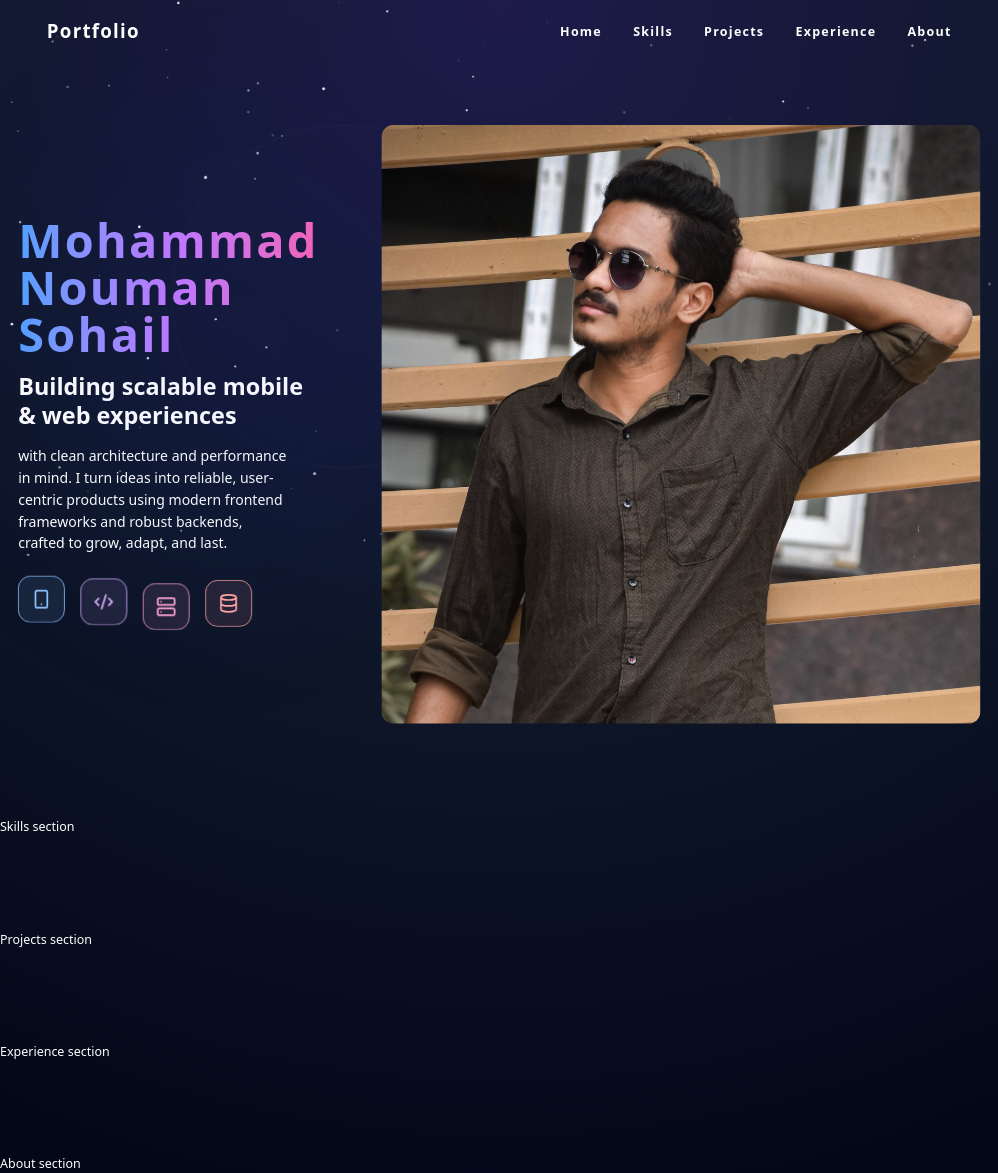
Repository: NoumanSohail/Nouman-Sohail-Portfolio
Page: /
The author's editor kept a copy of each file at every save. The page is drawn from the files as they stood at one save, then again after the next save.
The browser window is 1280 px wide. The pictures show the whole page, at 78% of full size.
The project was rebuilt for these pictures with package versions that can differ from the ones it lists, and the page was loaded fresh each time. The framework's server and built-in components were replaced by stand-ins that run in the browser. Also part of the build but not shown: next.config.ts.

Above is the page before, as saved 2026-01-24 20:35:59.

After the next save:
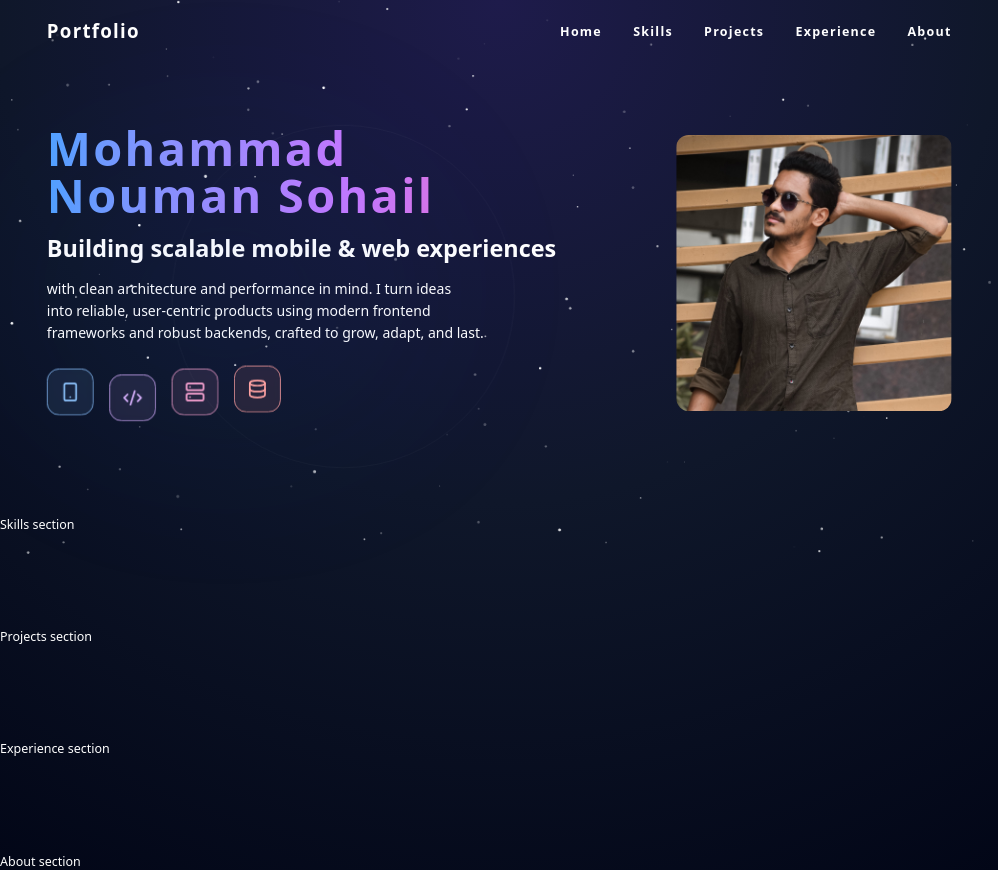
Saved 103 s later.
--- a/app/components/sections/Hero.tsx
+++ b/app/components/sections/Hero.tsx
@@ -1,4 +1,4 @@
-"use client"
+"use client";
 
 import { personaldetails } from "@/app/data";
 import Image from "next/image";
@@ -72,13 +72,20 @@ const Hero = () => {
           </div>
         </motion.div>
 
-        <Image
-          src={me}
-          alt={personaldetails.name}
-          height={350}
-          width={350}
-          className="rounded-2xl lg:h-3xl lg:w-3xl"
-        />
+        <motion.div
+          initial={{ x: 200, opacity: 0 }}
+          whileInView={{ x: 0, opacity: 1 }}
+          viewport={{ once: false, amount: 0.3 }}
+          transition={{ duration: 0.8, ease: "easeOut" }}
+        >
+          <Image
+            src={me}
+            alt={personaldetails.name}
+            height={350}
+            width={350}
+            className="rounded-2xl lg:h-3xl lg:w-3xl"
+          />
+        </motion.div>
       </div>
     </section>
   );
